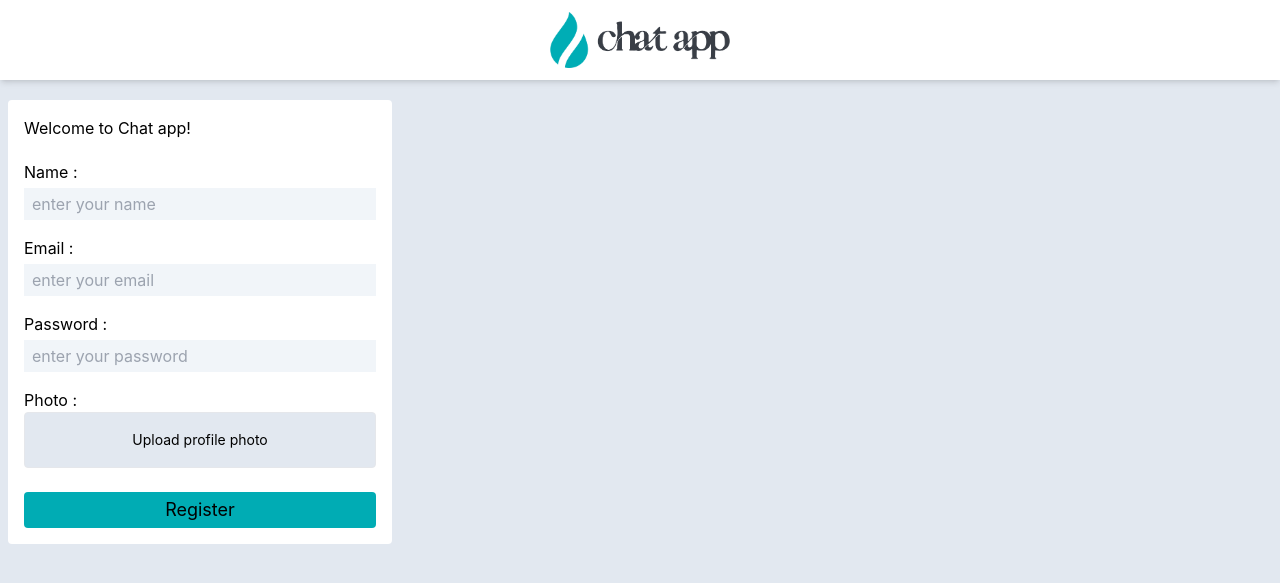
Repository: TharsikanV/chat-app
Page: /register (app in client/)
An editor plug-in stored every save of this project. The page is shown before and after a run of saves, followed by the edit.
The browser window is 1280 px wide. The pictures show the whole page.
The project was rebuilt for these pictures with package versions that can differ from the ones it lists, and the page was loaded fresh each time. Also part of the build but not shown: client/src/App.css, client/src/pages/Home.js, client/src/components/MessagePage.js. Imported but missing from the stored project, and not drawn on this page: client/src/pages/CheckEmailPage, client/src/pages/CheckPasswordPage.

Above is the page before, as saved 2024-06-16 21:23:18.

After the next 4 saves:
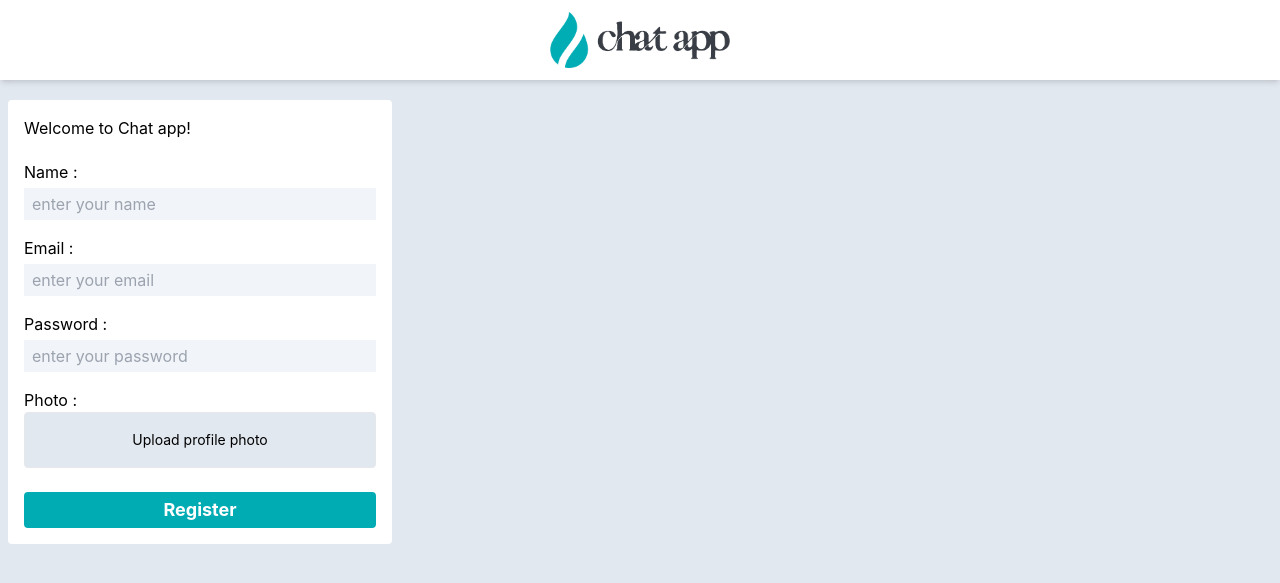
The 4 saves are shown as one change because they came seconds apart.
The last was saved 14 s later.
--- a/client/src/pages/RegisterPage.js
+++ b/client/src/pages/RegisterPage.js
@@ -110,7 +110,7 @@ const RegisterPage = () => {
                 />
               </div>
 
-              <button className='bg-primary text-lg px-4 py-1 hover:bg-secondary rounded mt-2 font'>
+              <button className='bg-primary text-lg px-4 py-1 hover:bg-secondary rounded mt-2 font-bold text-white'>
                   Register
               </button>
       </form>
